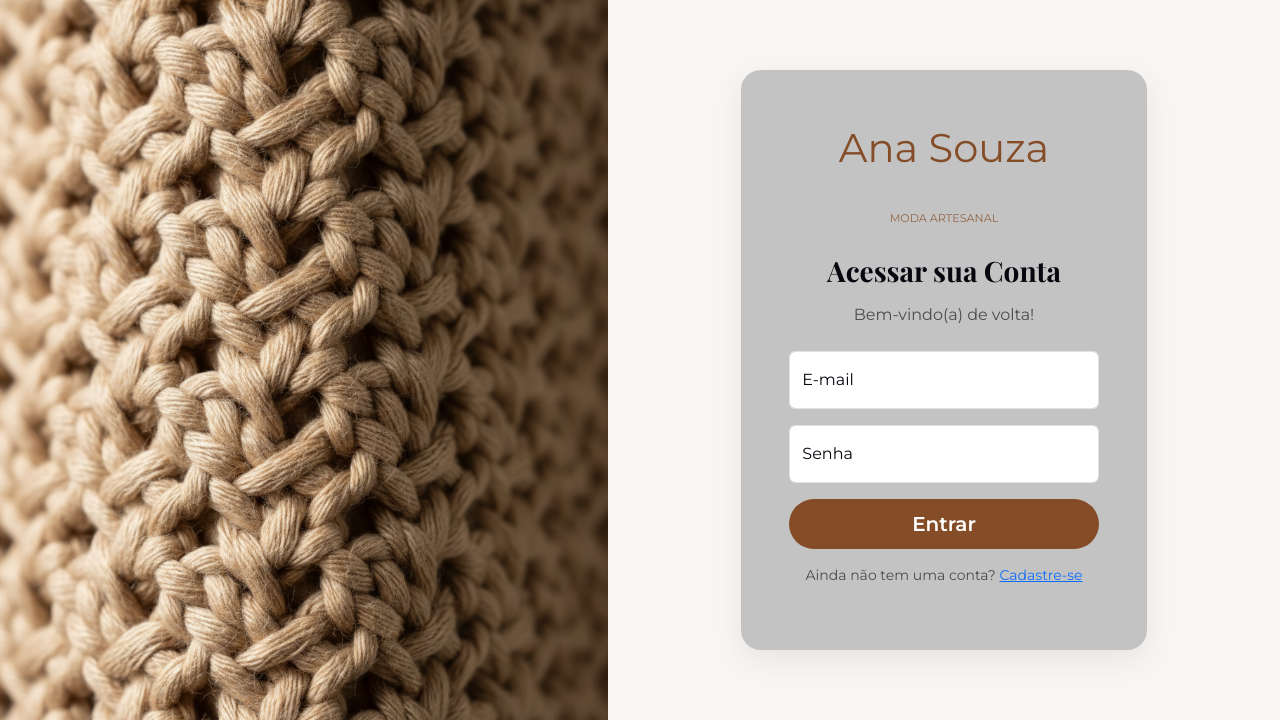
Repository: Lucascsg/projeto-anasouza-frontend
Page: login.html
An editor plug-in stored every save of this project. The page is shown before and after the next save, followed by the edit.
The browser window is 1280 px wide. The pictures show the whole page.

Above is the page before, as saved 2025-10-21 22:56:43.

After the next save:
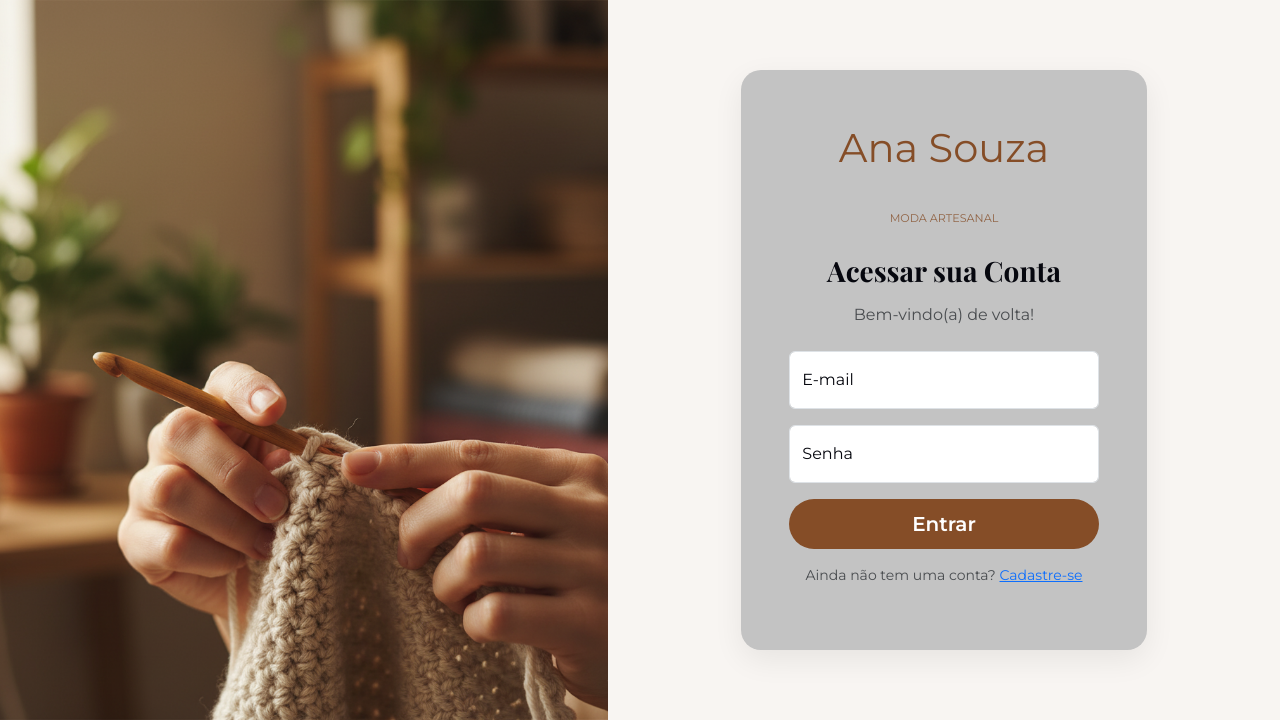
Saved 13 s later.
--- a/login.html
+++ b/login.html
@@ -15,7 +15,7 @@
         body, html { height: 100%; }
         .split-container { display: flex; min-height: 100vh; }
         .split-image {
-            background: url('imagens/backlog.png') no-repeat center center/cover; /* Use uma imagem bonita da sua marca */
+            background: url('imagens/backlog2.png') no-repeat center center/cover; /* Use uma imagem bonita da sua marca */
             flex: 1;
         }
         .split-form {

After the save that followed:
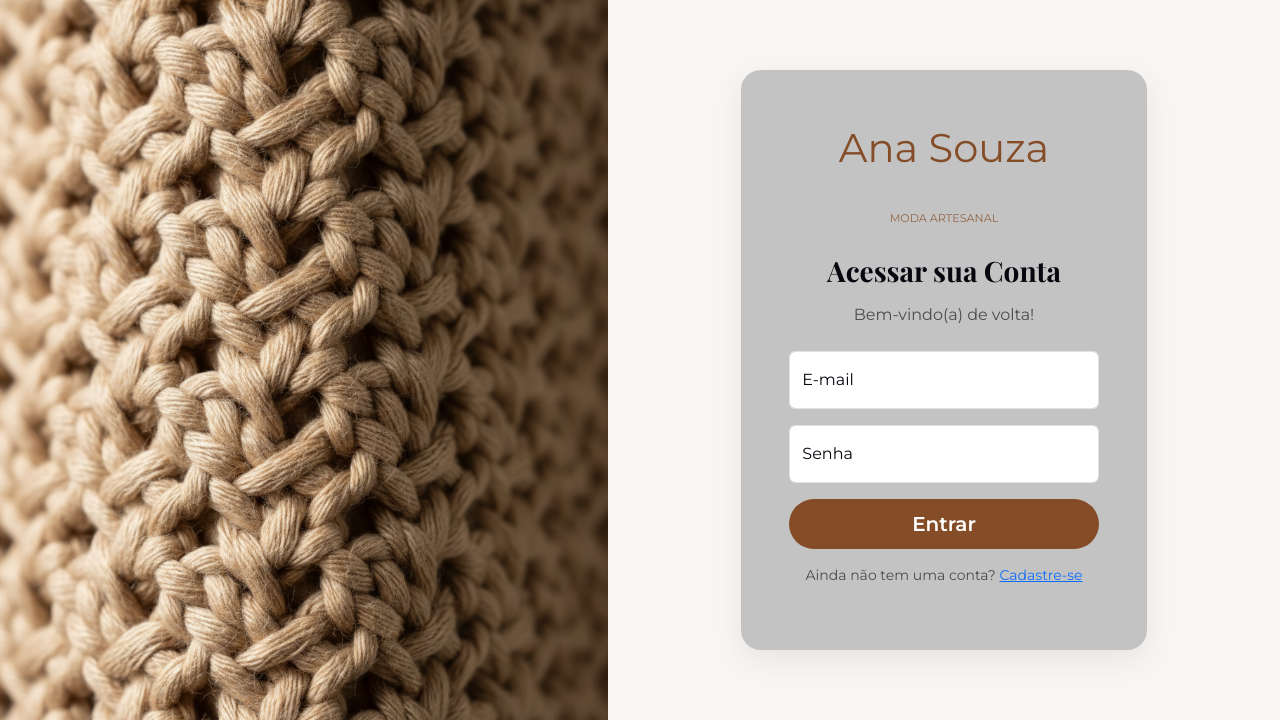
Saved 10 s later.
--- a/login.html
+++ b/login.html
@@ -15,7 +15,7 @@
         body, html { height: 100%; }
         .split-container { display: flex; min-height: 100vh; }
         .split-image {
-            background: url('imagens/backlog2.png') no-repeat center center/cover; /* Use uma imagem bonita da sua marca */
+            background: url('imagens/backlog.png') no-repeat center center/cover; /* Use uma imagem bonita da sua marca */
             flex: 1;
         }
         .split-form {
